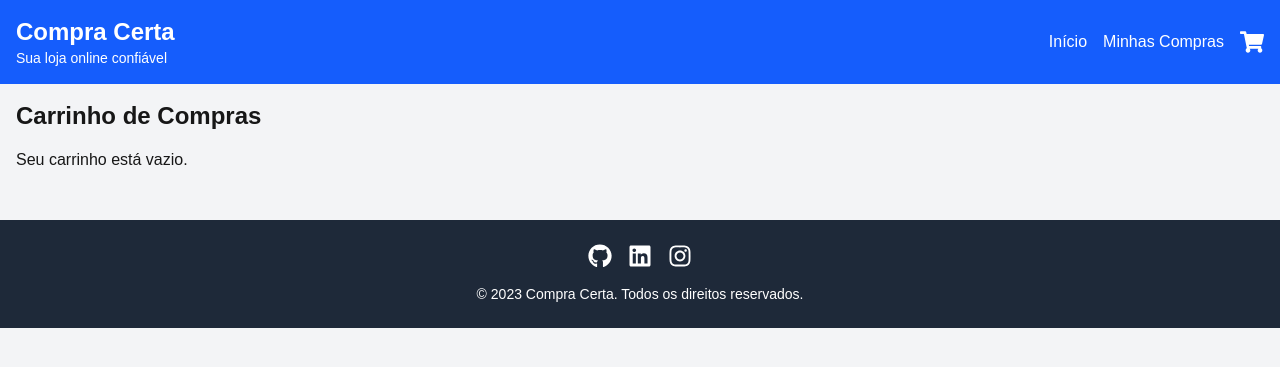
Repository: kcsdesenvolvedor/compra-certa
Page: /cart (app in front-end/)
The author's editor kept a copy of each file at every save. The page is drawn from the files as they stood at one save, then again after the next save.
The browser window is 1280 px wide. The pictures show the whole page.
The project was rebuilt for these pictures with package versions that can differ from the ones it lists, and the page was loaded fresh each time. The framework's server and built-in components were replaced by stand-ins that run in the browser. Also part of the build but not shown: front-end/next.config.ts.

Above is the page before, as saved 2025-03-12 10:37:03.

After the next save:
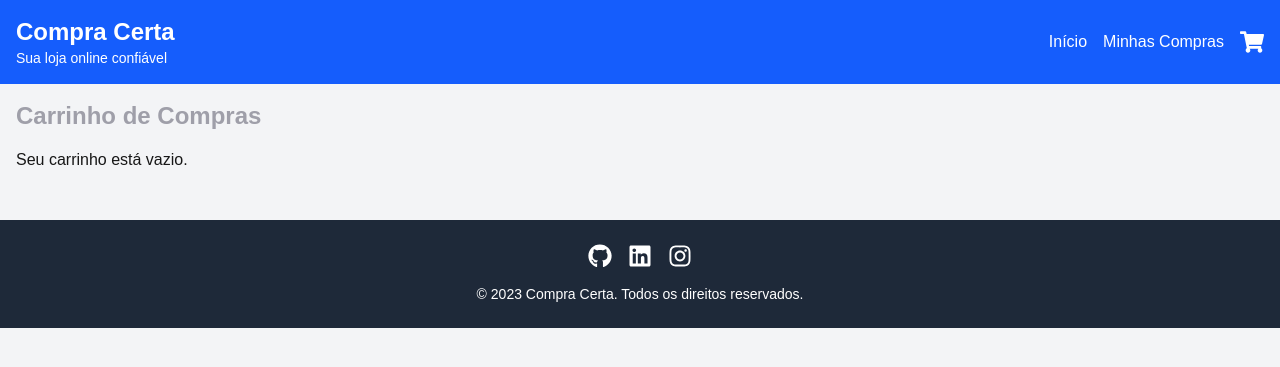
Saved 70 s later.
--- a/front-end/src/app/cart/page.tsx
+++ b/front-end/src/app/cart/page.tsx
@@ -12,7 +12,7 @@
     <div className="min-h-screen bg-gray-100">
       <Header />
       <main className="container mx-auto p-4">
-        <h1 className="text-2xl font-bold mb-4">Carrinho de Compras</h1>
+        <h1 className="text-2xl text-zinc-400 font-bold mb-4">Carrinho de Compras</h1>
         {cart.length === 0 ? (
           <p>Seu carrinho está vazio.</p>
         ) : (
